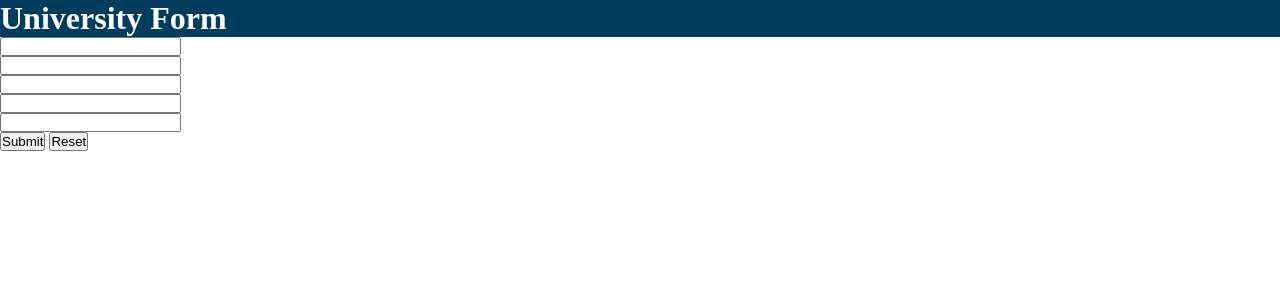
Repository: mlmEFSC21/P2-University-Form
Page: index.html
The author's editor kept a copy of each file at every save. The page is drawn from the files as they stood at one save, then again after the next save.
The browser window is 1280 px wide. The pictures show the whole page.

Above is the page before, as saved 2022-01-28 13:57:28.

After the next save:
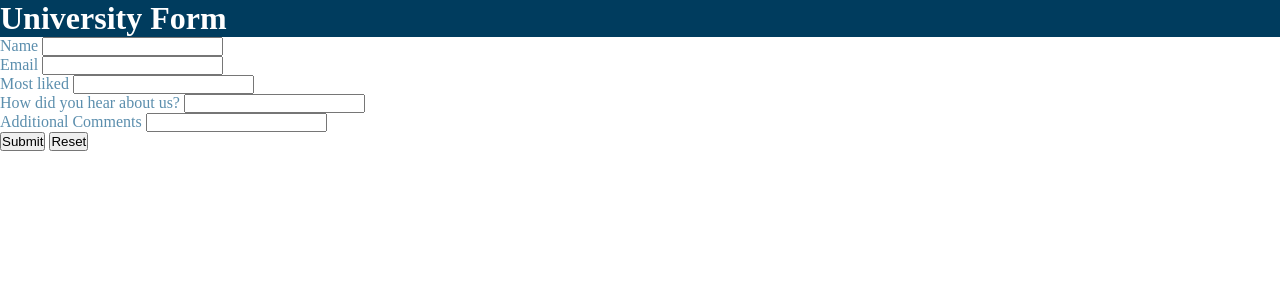
Saved 58 s later.
--- a/index.html
+++ b/index.html
@@ -14,23 +14,23 @@
         <!-- REMEMBER TO CHANGE THIS TO A POST TO DEITEL!!!!!!!!!!-->
         <form action="results.html" method="GET">
             <div>
-                <label></label>
+                <label>Name</label>
                 <input />
             </div>
             <div>
-                <label></label>
+                <label>Email</label>
                 <input />
             </div>
             <div>
-                <label></label>
+                <label>Most liked</label>
                 <input />
             </div>
             <div>
-                <label></label>
+                <label>How did you hear about us?</label>
                 <input />
             </div>
             <div>
-                <label></label>
+                <label>Additional Comments</label>
                 <input />
             </div>
             <button>Submit</button>
